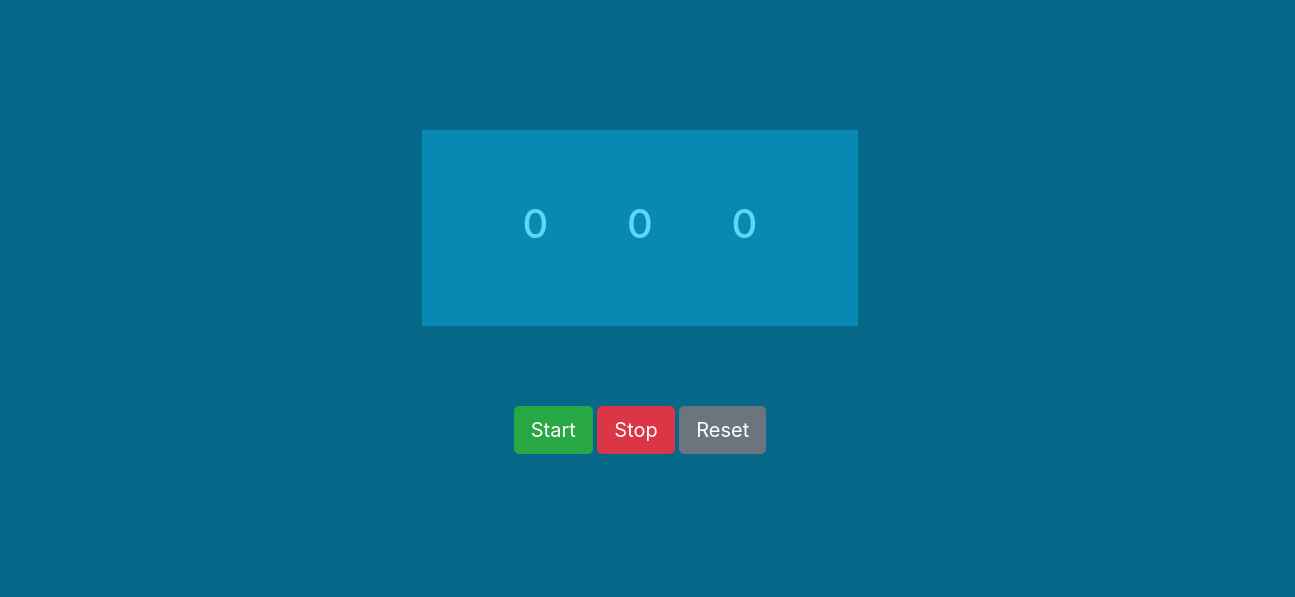
Repository: moiz9265/stopwatch
Page: index.html
These files come from the project's save history. The page is drawn as it stood at one moment and after the next save; the edit follows.
The browser window is 1280 px wide. The page is 1295 px wide, so the pictures cover 1295 px, including what lies to the right of the window. The pictures show the whole page.

Above is the page before, as saved 2020-07-09 23:31:19.

### index.html
<!DOCTYPE html>
<html lang="en">
  <head>
    <meta charset="utf-8">
    <title>Stop Watch</title>

    <link rel="stylesheet" href="css/bootstrap.min.css">
    <link rel="stylesheet" href="css/style.css" type="text/css">


    </script>
  </head>
  <body>
      <!-- <h1  style="text-align: center;">Stop Watch</h1> -->
        <div class="row" style="margin-top: 80px;">
            <div class="col-md-4">

            </div>
            <div id="maindiv" style=" text-align: center;" class="col-sm-12 col-md-4">
                <h1 id="minute">0</h1>
                <h1 id="second">0</h1>
                <h1 id="millisec">0</h1>
                <!-- <h1>0</h1> -->
            </div>
            <div class="col-md-4">

            </div>

        </div>
        <div class="row" style="margin-top: 80px;">
            <div class="col-md-4">

            </div>
            <div  style=" text-align: center;" class="col-sm-12 col-md-4">
               <button onclick="start()" id="startbtn" class="btn btn-lg btn-success">Start</button>
               <button onclick="pause()" class="btn btn-lg btn-danger">Stop</button>
               <button onclick="reset()" class="btn btn-lg btn-secondary">Reset</button>

            </div>
            <div class="col-md-4">

            </div>

        </div>

  </body>
  <script src="js/jquery-3.2.1.slim.min.js"></script>
  <script src="js/popper.min.js"></script>
  <script src="js/bootstrap.min.js"> </script>
  <script src="js/app.js">

  </script>
  </script>
</html>

### css/style.css
body{
    background-color: #066989;
}

#maindiv
{
        margin-top: 50px;
    width: 40%;
    background-color: #0789B3;
    padding-top: 70px;
    padding-bottom: 70px;
    padding-left: 30px;
    padding-right: 30px;


}

h1
{
    display: inline-block;
    width: 100px;
   text-align: center;
   color: #62D4F8;
}

### js/app.js
var min = 0;
var sec = 0;
var msec = 0;


var minutecount = document.getElementById('minute');
var secondcount = document.getElementById('second');
var milliseccount = document.getElementById('millisec');
var interval;

function timer()
{
    msec++
    milliseccount.innerHTML = msec;

    if(msec>=100)
    {
        sec++
        secondcount.innerHTML = sec;
        msec = 0;
    }
    else if(sec >= 60)
    {
        min++
        minutecount.innerHTML = min;
        sec = 0;
    }
}


function start()
{
    interval = setInterval(timer,10);
    $("#startbtn").attr("disabled", true);

}

function pause()
{
    clearInterval(interval);
}
function reset()
{
    milliseccount.innerHTML = 0;
    secondcount.innerHTML   = 0;
    minutecount.innerHTML   = 0;
}

Loaded but not shown: css/bootstrap.min.css (library); js/jquery-3.2.1.slim.min.js (library); js/popper.min.js (library); js/bootstrap.min.js (library)

After the next save:
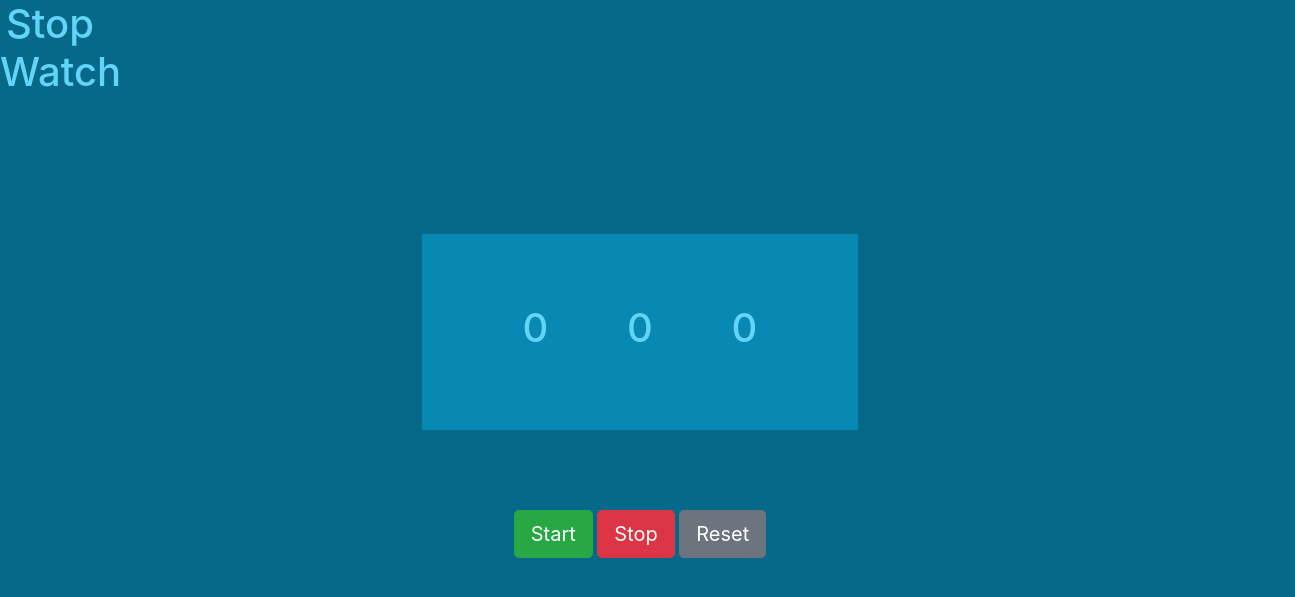
Saved 34 s later.
--- a/index.html
+++ b/index.html
@@ -11,7 +11,7 @@
     </script>
   </head>
   <body>
-      <!-- <h1  style="text-align: center;">Stop Watch</h1> -->
+      <h1  style="text-align: center;">Stop Watch</h1>
         <div class="row" style="margin-top: 80px;">
             <div class="col-md-4">
 
